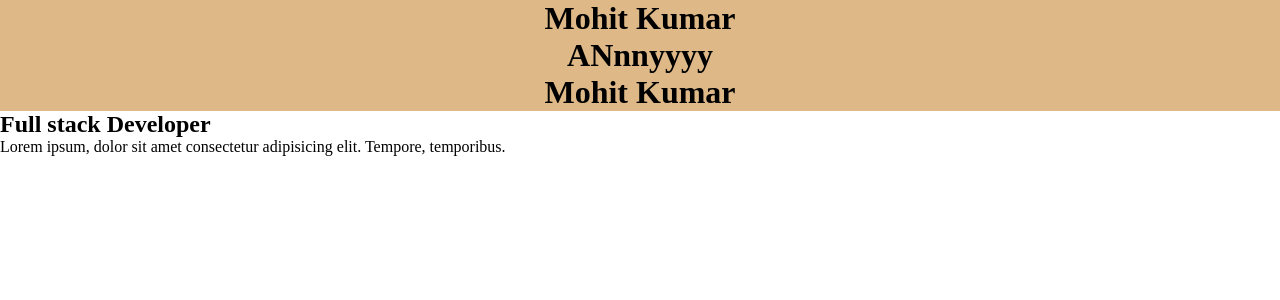
Repository: Mohitkumar1322/FrontendPracticee
Page: Javascript/index.html
These files come from the project's save history. The page is drawn as it stood at one moment and after a run of saves; the edit follows.
The browser window is 1280 px wide. The pictures show the whole page.

Above is the page before, as saved 2025-07-10 10:10:48.

After the next 4 saves:
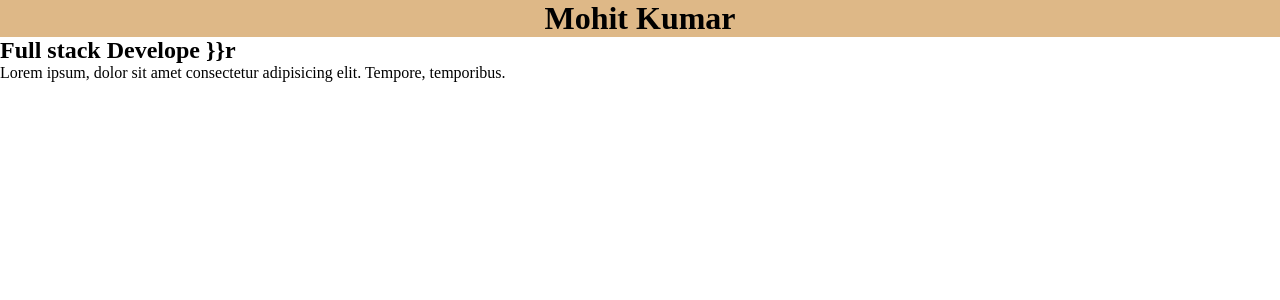
Console error: TypeError: Cannot read properties of undefined (reading 'innerText')
The 4 saves are shown as one change because they came seconds apart.
The last was saved 8 s later.
--- a/Javascript/index.html
+++ b/Javascript/index.html
@@ -8,9 +8,8 @@
 </head>
 <body>
     <h1 class="heading">Mohit Kumar </h1>
-    <h1 class="heading">ANnnyyyy</h1>
-    <h1 class="heading">Mohit Kumar </h1>
-    <h2> Full stack Developer</h2>
+
+    <h2> Full stack Develope }}r</h2>
     <p id ="demo">Lorem ipsum, dolor sit amet consectetur adipisicing elit. Tempore, temporibus.</p>
 
     <script src="script.js"></script>
